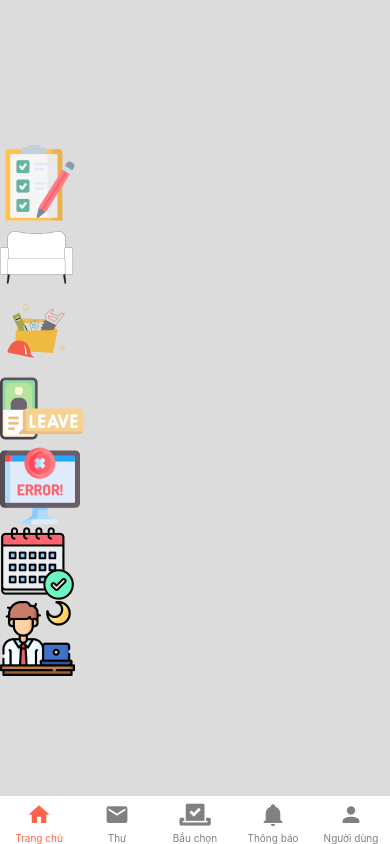
Repository: diepdung02/AppPTC
Page: /Home
The author's editor kept a copy of each file at every save. The page is drawn from the files as they stood at one save, then again after a run of saves.
The browser window is 390 px wide. The pictures show the whole page.
The page's requests for data from a server got no answer. The app was drawn by React Native's web renderer in a window 390 px wide. The project was rebuilt for these pictures with package versions that can differ from the ones it lists, and the page was loaded fresh each time. No one was signed in, and anything a server would have sent is missing. Also part of the build but not shown: screen/home/MailScreen.tsx, screen/home/NotificationScreen.tsx, screen/home/UserScreen.tsx, screen/home/VoteScreen.tsx. Imported but missing from the stored project, and not drawn on this page: assets.

Above is the page before, as saved 2024-06-30 15:16:38.

After the next 5 saves:
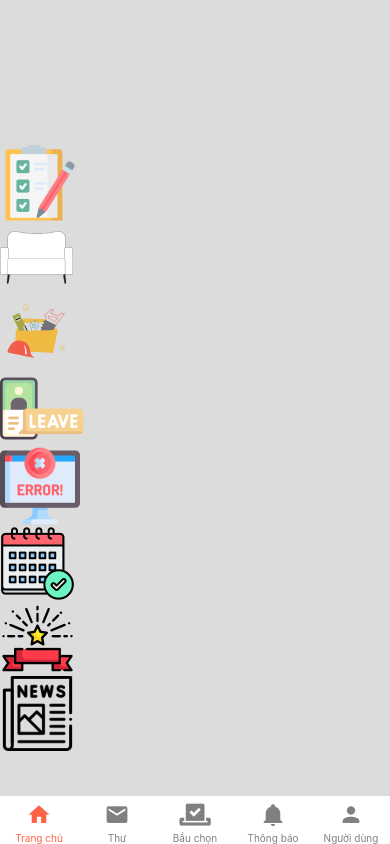
The 5 saves are shown as one change because they came seconds apart.
The last was saved 14 s later.
--- a/screen/home/HomeScreen.tsx
+++ b/screen/home/HomeScreen.tsx
@@ -36,8 +36,8 @@ const HomeScreen: React.FC = () => {
         <Image source={require('../../assets/leave 1.png')}/>
         <Image source={require('../../assets/Error.png')}/>
         <Image source={require('../../assets/Group 23.png')}/>
-        <Image source={require('../../assets/')}/>
-        <Image source={require('../../assets/ot request.png')}/>
+        <Image source={require('../../assets/evaluate.png')}/>
+        <Image source={require('../../assets/news.png')}/>
       </View>
     </SafeAreaView>
   );
